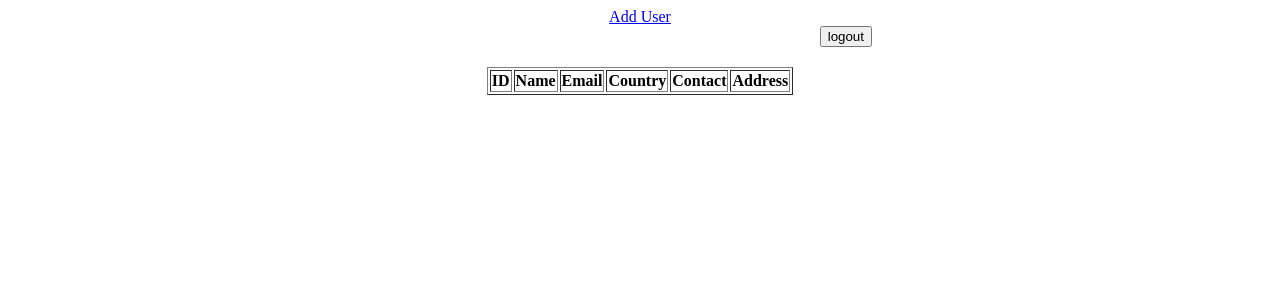
Repository: touhid-jisan/jsp-jdbc-servlet
Page: http://localhost/crud-full-practice/home.jsp
These files come from the project's save history. The page is drawn as it stood at one moment and after the next save; the edit follows.
The browser window is 1280 px wide. The pictures show the whole page.
The page is served by Tomcat 9. Other server files are loaded and not shown. Queries for data that is not in the repository find no rows.

Above is the page before, as saved 2019-12-31 04:02:38.

### crud-full-practice/WebContent/home.jsp
<%@ page language="java" contentType="text/html; charset=ISO-8859-1"
	pageEncoding="ISO-8859-1"%>
<%@ page
	import="com.iclique.crudfull.model.*,com.iclique.crudfull.userDAO.*, java.util.*"%>
<%@ taglib uri="http://java.sun.com/jsp/jstl/core" prefix="c"%>
<!DOCTYPE html>
<html>
<head>
<meta charset="ISO-8859-1">
<title>Insert title here</title>
</head>
<body>
	<%
		List<User> allUserData = UserDAO.showAllUser();
		request.setAttribute("showAllUsers", allUserData);
	%>
	<div align="center">
		<a href="add-user.jsp">Add User</a> <br>
	</div>
	<div align="right" style="margin-right:400px">
		<form action="HomeServlet?action=logout" method="post">
			<input type="submit" value="logout">
		</form>
	</div>

	<div align="center">
	<table border="1px" style="margin: 20px" >
		<tr>
			<th>ID</th>
			<th>Name</th>
			<th>Email</th>
			<th>Country</th>
			<th>Contact</th>
			<th>Address</th>
		</tr>
		<c:forEach var="user" items="${showAllUsers}">
			<tr>
				<td><c:out value="${user.getId()}"></c:out></td>
				<td><c:out value="${user.getName()}"></c:out></td>
				<td><c:out value="${user.getEmail()}"></c:out></td>
				<td><c:out value="${user.getCountry()}"></c:out></td>
				<td><c:out value="${user.getContact()}"></c:out></td>
				<td><c:out value="${user.getAddress()}"></c:out></td>
				<td><a href="HomeServlet?action=getuser&id=<c:out value='${user.getId()}'></c:out>">Edit</a>
				<a href="HomeServlet?action=delete&id=<c:out value='${user.getId()}'></c:out>">Delete</a></td>
			</tr>
		</c:forEach>
	</table>
	</div>

</body>
</html>

After the next save:
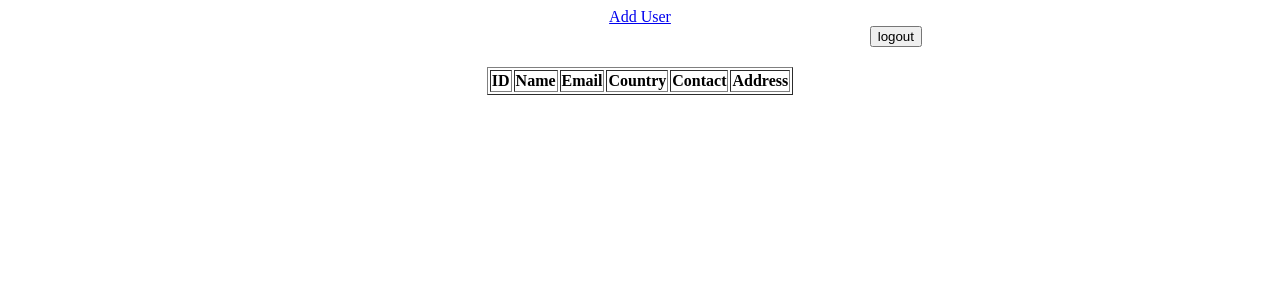
Saved 6 s later.
--- a/crud-full-practice/WebContent/home.jsp
+++ b/crud-full-practice/WebContent/home.jsp
@@ -17,7 +17,7 @@
 	<div align="center">
 		<a href="add-user.jsp">Add User</a> <br>
 	</div>
-	<div align="right" style="margin-right:400px">
+	<div align="right" style="margin-right:350px">
 		<form action="HomeServlet?action=logout" method="post">
 			<input type="submit" value="logout">
 		</form>
